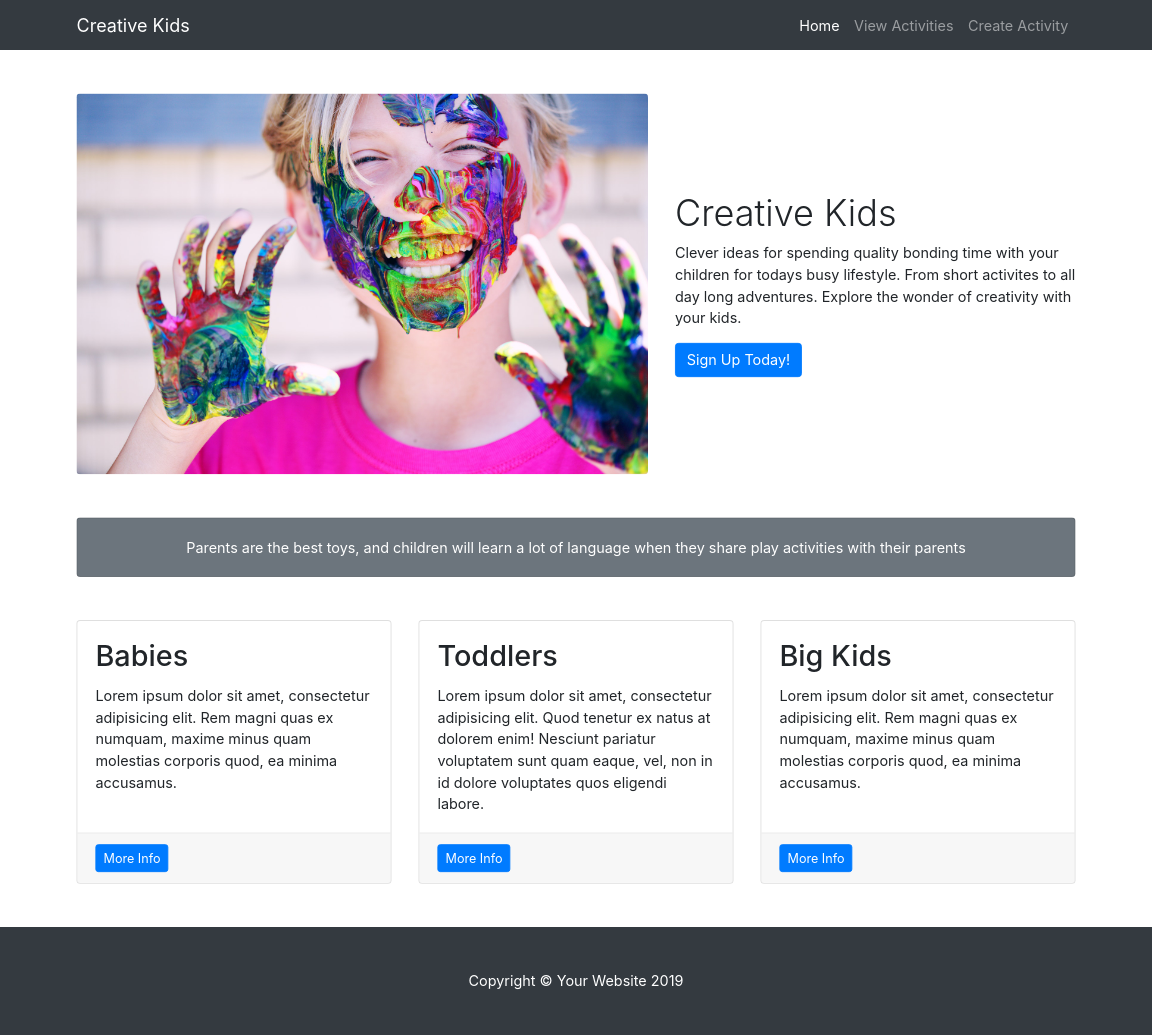
Repository: Neilfoster/milestone_project_3
Page: http://localhost/home
The author's editor kept a record of every edit. The page is drawn from the files as they stood at one moment, then again after the next edit.
The browser window is 1280 px wide. The pictures show the whole page, at 90% of full size.
Some web libraries are served in a nearby version. The page is served by the project's application, run on Flask 3 (app.py). Queries for data that is not in the repository find no rows.

Above is the page before.

After the next edit:
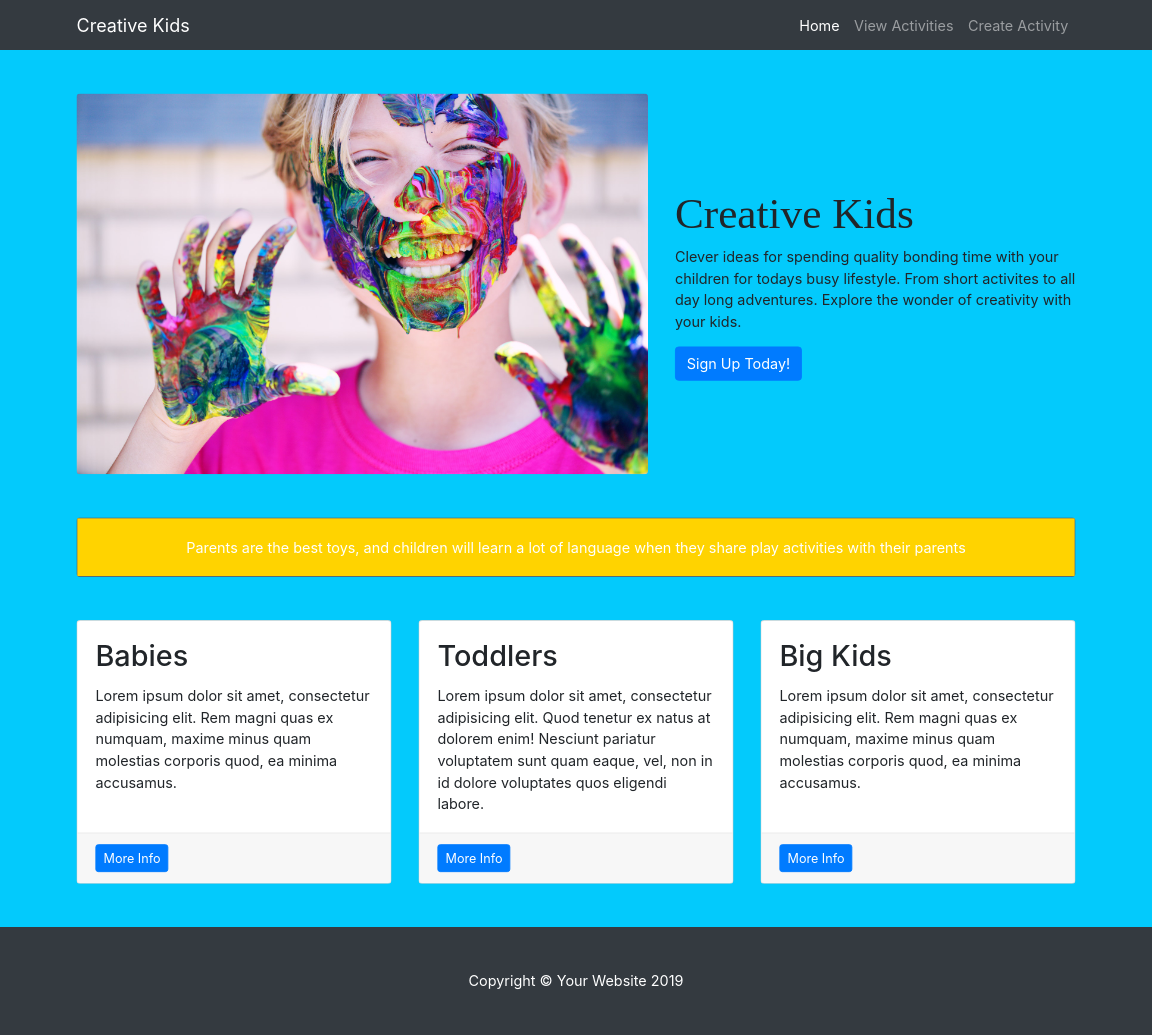
The edit:
--- a/templates/base.html
+++ b/templates/base.html
@@ -18,6 +18,9 @@
 
   <!-- Custom styles for this template -->
   <link href="static/css/small-business.css" rel="stylesheet">
+
+  <!-- Custom styles-->
+  <link href="static/css/style.css" rel="stylesheet">
 
 </head>
 
